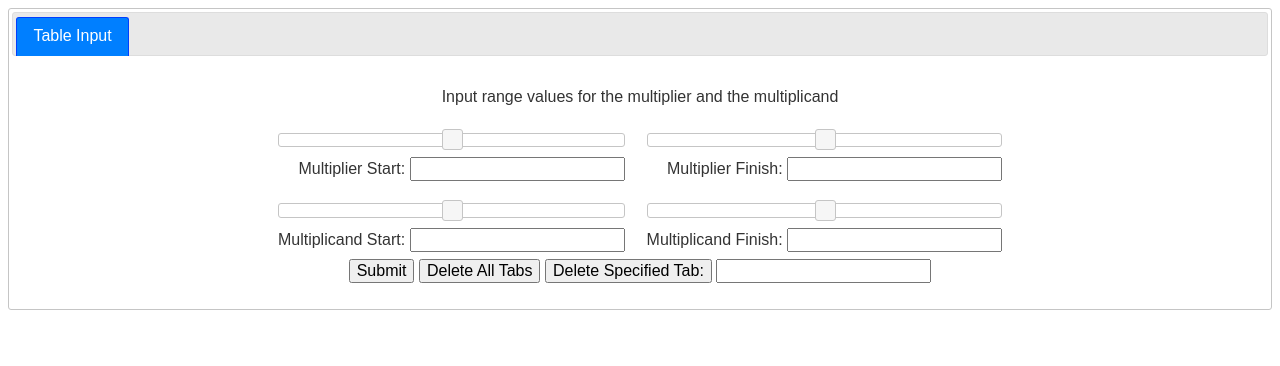
Repository: khrasna/HW4Part2
Page: index.html
These files come from the project's save history. The page is drawn as it stood at one moment and after a run of saves; the edit follows.
The browser window is 1280 px wide. The pictures show the whole page.
Some web libraries are served in a nearby version.

Above is the page before, as saved 2021-11-22 16:31:59.

After the next 2 saves:
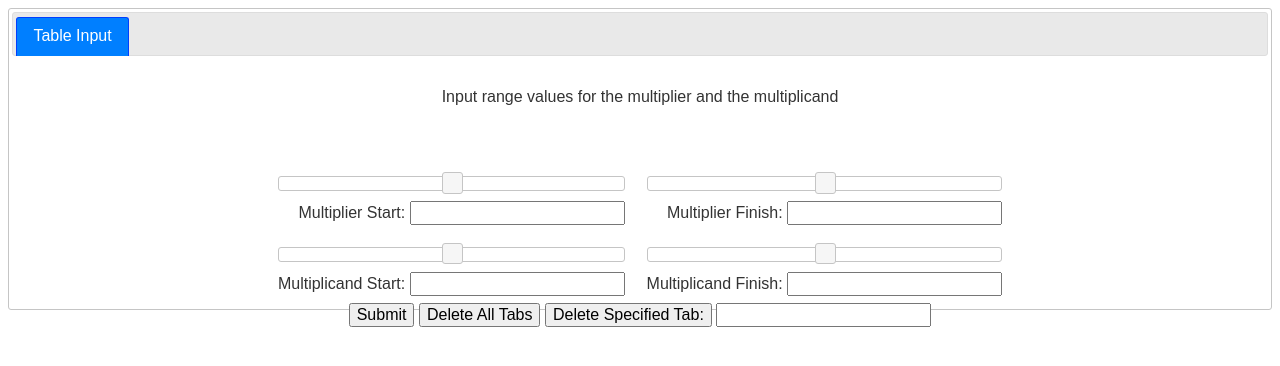
The 2 saves are shown as one change because they came seconds apart.
The last was saved 8 s later.
--- a/style.css
+++ b/style.css
@@ -17,7 +17,7 @@
     display: grid;
     grid-template-columns: auto;
     /* top row of grid holds the form for input, the rest of page holds the multiplication table*/
-    grid-template-rows: 20% 80%;
+    grid-template-rows: 40% auto;
     height: 97%;
 }
 

After the 3 saves that followed:
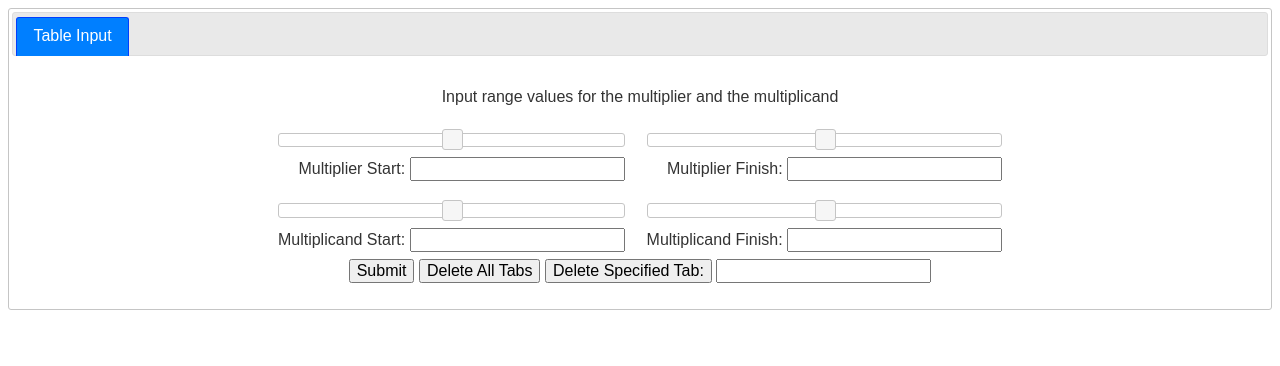
The 3 saves are shown as one change because 1 left the picture as it was and some came seconds apart.
The last was saved 35 s later.
--- a/style.css
+++ b/style.css
@@ -17,7 +17,7 @@
     display: grid;
     grid-template-columns: auto;
     /* top row of grid holds the form for input, the rest of page holds the multiplication table*/
-    grid-template-rows: 40% auto;
+    grid-template-rows: 20% 20% 20% 20% 20%;
     height: 97%;
 }
 
@@ -86,7 +86,7 @@
 
 form {
     margin-bottom: 0px;
-    grid-row: 2;
+    grid-row: 0;
 }
 
 table {
